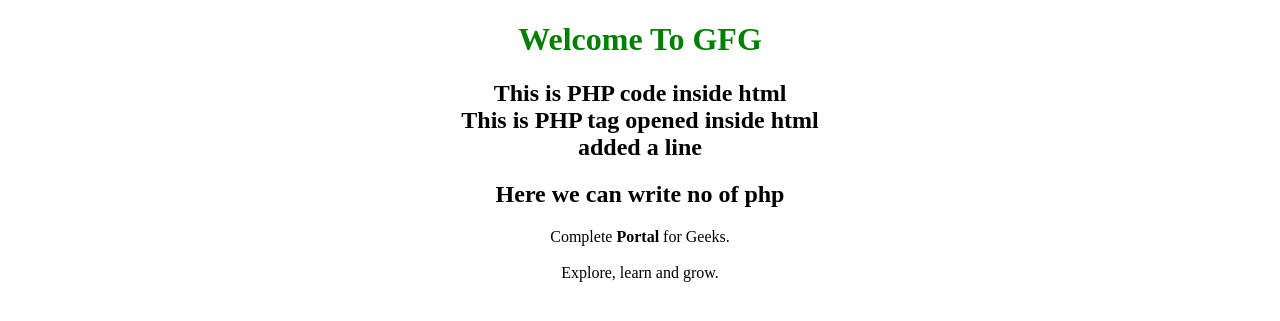
Repository: Sahanaranjith/php_projectgh
Page: http://localhost/example1.php
An editor plug-in stored every save of this project. The page is shown before and after the next save, followed by the edit.
The browser window is 1280 px wide. The pictures show the whole page.
The page is run by PHP 8.4 with error messages shown; the project is at /var/www/html/.

Above is the page before, as saved 2022-12-14 11:10:55.

After the next save:
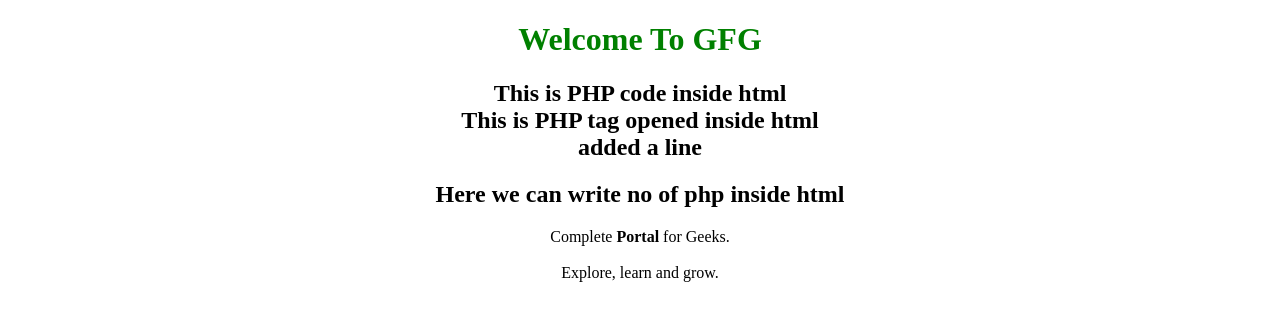
Saved 8 s later.
--- a/example1.php
+++ b/example1.php
@@ -21,7 +21,7 @@
             ?>
         </h2>
 
-        <p><h2>Here we can write no of php</h2>
+        <p><h2>Here we can write no of php inside html</h2>
             <?php
             echo "Complete <strong>Portal</strong> for Geeks."
             ?>
